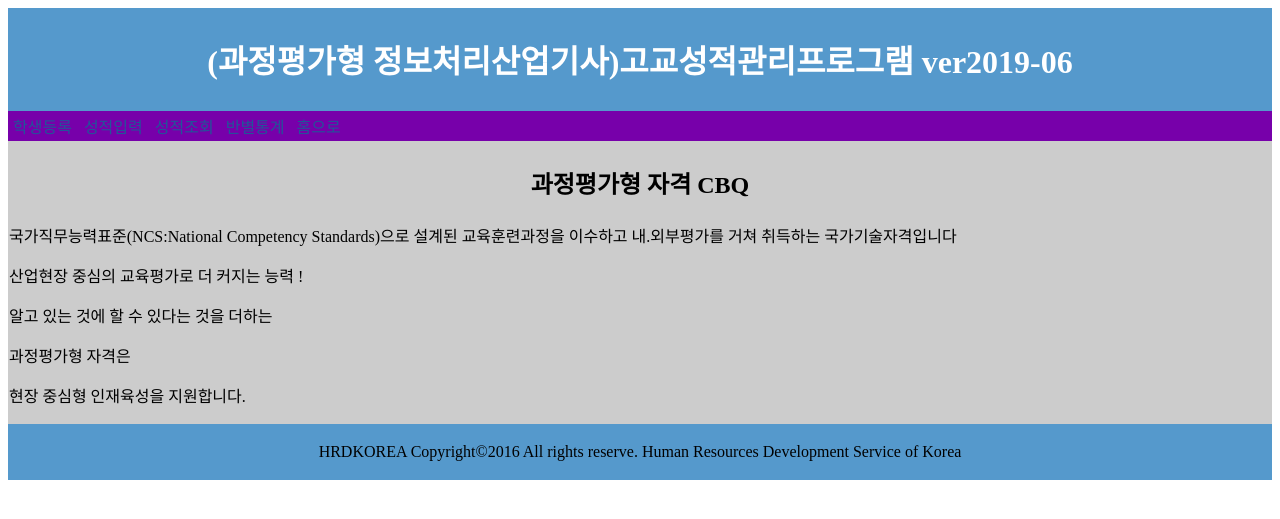
Repository: bolbbal/jdbc
Page: http://localhost/cbq_99/
An editor plug-in stored every save of this project. The page is shown before and after the next save, followed by the edit.
The browser window is 1280 px wide. The pictures show the whole page.
The page is served by Tomcat 9.

Above is the page before, as saved 2024-08-26 05:33:52.

After the next save:
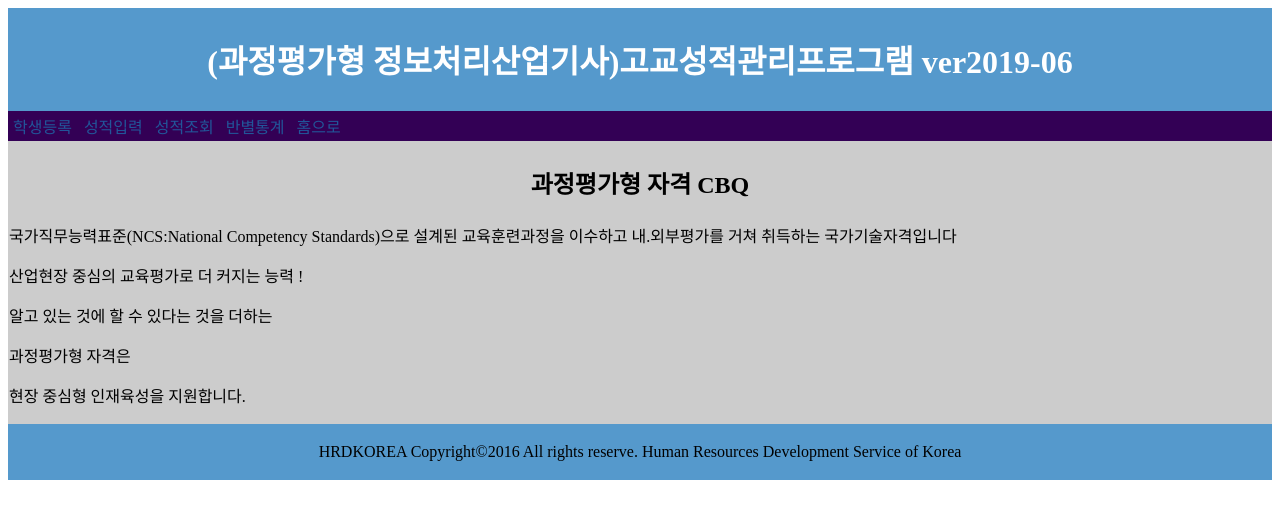
Saved 14 s later.
--- a/javastudy18/jspStudy/cbq_99/cbq_99/WebContent/index.jsp
+++ b/javastudy18/jspStudy/cbq_99/cbq_99/WebContent/index.jsp
@@ -22,7 +22,7 @@ h1 {
 }
 
 nav {
-	background: #70A;
+	background: #305;
 	padding: 1px
 }
 
